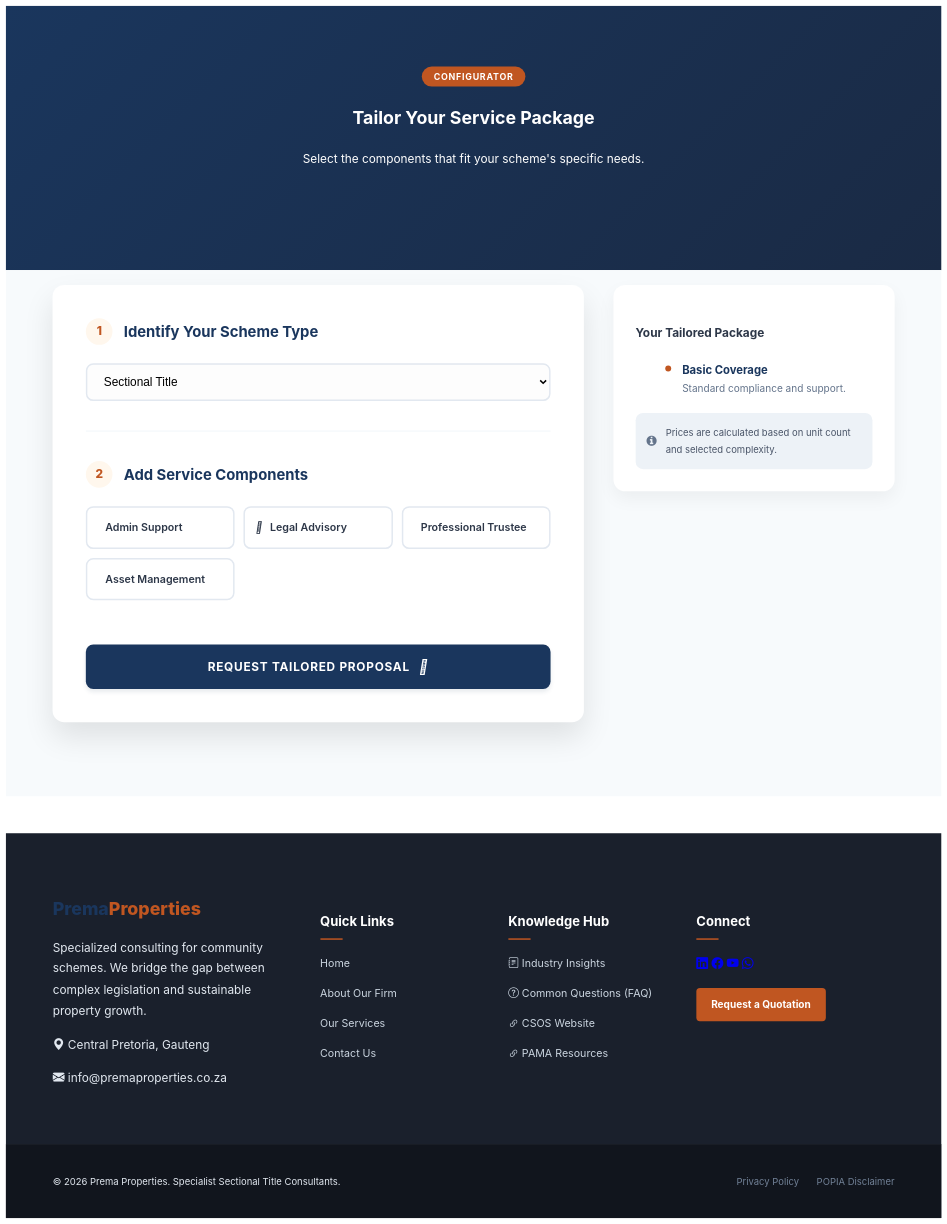
Repository: mnqobiMenzi/Prema-Properties
Page: tailor.html
These files come from the project's save history. The page is drawn as it stood at one moment and after the next save; the edit follows.
The browser window is 1280 px wide. The pictures show the whole page, at 74% of full size.

Above is the page before, as saved 2026-02-16 11:35:50.

### tailor.html
<!DOCTYPE html>
<html lang="en">
<head>
  <meta charset="UTF-8">
  <meta name="viewport" content="width=device-width, initial-scale=1.0">
  <title>My Service | Prema Properties</title>
  <link rel="stylesheet" href="CSS/style.css">
  <link rel="stylesheet" href="https://cdn.jsdelivr.net/npm/bootstrap-icons@1.13.1/font/bootstrap-icons.min.css">
  <link rel="stylesheet" href="https://cdn.jsdelivr.net/npm/bootstrap-icons@1.11.3/font/bootstrap-icons.min.css">
  <link href="https://cdn.jsdelivr.net/npm/bootstrap-icons@1.11.3/font/bootstrap-icons.css" rel="stylesheet">
  <link rel="stylesheet" href="https://cdnjs.cloudflare.com/ajax/libs/font-awesome/4.7.0/css/font-awesome.min.css">
</head>
<body>
    <section class="quote-hero-v4">
    <div class="container">
        <span class="badge-v4">Configurator</span>
        <h1>Tailor Your Service Package</h1>
        <p>Select the components that fit your scheme's specific needs.</p>
    </div>
</section>

<section class="section-padding light-gray">
    <div class="container">
        <form class="quote-grid-v4">
            <div class="quote-form-v4">

                <div class="form-step">
                    <div class="step-title">
                        <div class="step-num">1</div>
                        <h3>Identify Your Scheme Type</h3>
                    </div>
                    <div class="form-row">
                        <div class="input-v4">
                            <select name="scheme-type">
                                <option>Sectional Title</option>
                                <option>HOA / Estate</option>
                                <option>Retirement Village</option>
                                <option>Commercial / Industrial</option>
                            </select>
                        </div>
                    </div>
                </div>

                <div class="form-step">
                    <div class="step-title">
                        <div class="step-num">2</div>
                        <h3>Add Service Components</h3>
                    </div>
                    <div class="services-selection-grid">
                        <label class="service-pill">
                            <input type="checkbox" name="service" value="admin">
                            <span><i class="fas fa-file-invoice"></i> Admin Support</span>
                        </label>
                        <label class="service-pill">
                            <input type="checkbox" name="service" value="legal">
                            <span><i class="fas fa-gavel"></i> Legal Advisory</span>
                        </label>
                        <label class="service-pill">
                            <input type="checkbox" name="service" value="trustee">
                            <span><i class="fas fa-user-tie"></i> Professional Trustee</span>
                        </label>
                        <label class="service-pill">
                            <input type="checkbox" name="service" value="asset">
                            <span><i class="fas fa-chart-line"></i> Asset Management</span>
                        </label>
                    </div>
                </div>

                <button type="submit" class="quote-submit-btn">
                    Request Tailored Proposal <i class="fas fa-arrow-right"></i>
                </button>
            </div>

            <aside class="quote-sidebar-v4">
                <div class="process-card">
                    <h4>Your Tailored Package</h4>
                    <ul class="process-list" id="selection-summary">
                        <li>
                            <div class="dot"></div>
                            <div>
                                <strong>Basic Coverage</strong>
                                <p>Standard compliance and support.</p>
                            </div>
                        </li>
                    </ul>
                    <div class="security-note" style="margin-top: 20px;">
                        <i class="fa fa-info-circle"></i>
                        <p>Prices are calculated based on unit count and selected complexity.</p>
                    </div>
                </div>
            </aside>
        </form>
    </div>
</section>

<div id="footer-placeholder"></div>
<script src="JavaScript/script.js"></script>
</body>
</html>

### footer.html
<!DOCTYPE html>
<html lang="en">
<head>
    <meta charset="UTF-8">
    <meta name="viewport" content="width=device-width, initial-scale=1.0">
    <title>Document</title>
</head>
<body>
    <footer class="main-footer">
  <div class="container footer-grid">

    <div class="footer-column brand-info">
      <div class="logo">Prema<span>Properties</span></div>
      <p>Specialized consulting for community schemes. We bridge the gap between complex legislation and sustainable property growth.</p>
      <div class="footer-address">
        <p><i class="bi bi-geo-alt-fill"></i> Central Pretoria, Gauteng</p>
        <p><i class="bi bi-envelope-fill"></i> info@premaproperties.co.za</p>
      </div>
    </div>

    <div class="footer-column">
      <h4>Quick Links</h4>
      <ul class="footer-links">
        <li><a href="index.html">Home</a></li>
        <li><a href="about-us.html">About Our Firm</a></li>
        <li><a href="services.html">Our Services</a></li>
        <li><a href="contact-us.html">Contact Us</a></li>
      </ul>
    </div>

    <div class="footer-column">
      <h4>Knowledge Hub</h4>
      <ul class="footer-links">
        <li><a href="articles.html"><i class="bi bi-journal-text"></i> Industry Insights</a></li>
        <li><a href="FAQ.html"><i class="bi bi-question-circle"></i> Common Questions (FAQ)</a></li>
        <li><a href="https://www.csos.org.za/" target="_blank"><i class="bi bi-link-45deg"></i> CSOS Website</a></li>
        <li><a href="https://www.pama.org.za/" target="_blank"><i class="bi bi-link-45deg"></i> PAMA Resources</a></li>
      </ul>
    </div>

    <div class="footer-column">
      <h4>Connect</h4>
      <div class="social-icons">
        <a href="#"><i class="bi bi-linkedin"></i></a>
        <a href="#"><i class="bi bi-facebook"></i></a>
        <a href="#"><i class="bi bi-youtube"></i></a>
        <a href="#"><i class="bi bi-whatsapp"></i></a>
      </div>
      <a href="quote.html" class="footer-cta-btn">Request a Quotation</a>
    </div>

  </div>

  <div class="footer-bottom">
    <div class="container">
      <div class="bottom-flex">
        <p>&copy; 2026 Prema Properties. Specialist Sectional Title Consultants.</p>
        <div class="legal-links">
          <a href="#">Privacy Policy</a>
          <a href="#">POPIA Disclaimer</a>
        </div>
      </div>
    </div>
  </div>
</footer>
</body>
</html>

Loaded but not shown: JavaScript/script.js (26 lines, source omitted); CSS/style.css (2264 lines, source omitted)

After the next save:
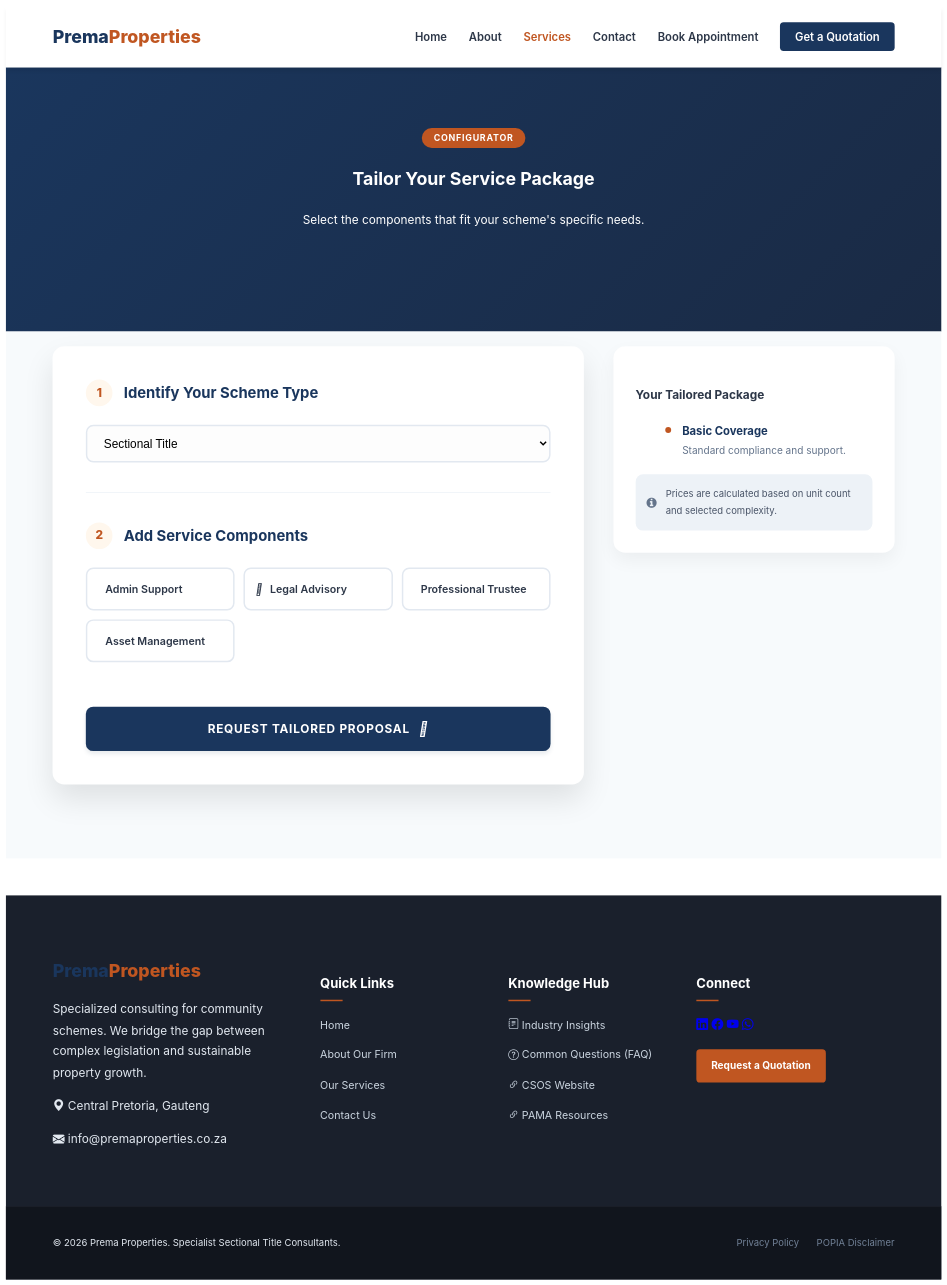
Saved 37 s later.
--- a/tailor.html
+++ b/tailor.html
@@ -11,6 +11,19 @@
   <link rel="stylesheet" href="https://cdnjs.cloudflare.com/ajax/libs/font-awesome/4.7.0/css/font-awesome.min.css">
 </head>
 <body>
+     <header class="main-header">
+    <div class="container header-flex">
+      <div class="logo">Prema<span>Properties</span></div>
+      <nav>
+        <a href="index.html">Home</a>
+        <a href="about-us.html">About</a>
+        <a href="services.html"  class="active">Services</a>
+        <a href="contact-us.html">Contact</a>
+        <a href="appointment.html">Book Appointment</a>
+        <a href="quote.html" class="nav-btn">Get a Quotation</a>
+      </nav>
+    </div>
+  </header>
     <section class="quote-hero-v4">
     <div class="container">
         <span class="badge-v4">Configurator</span>
